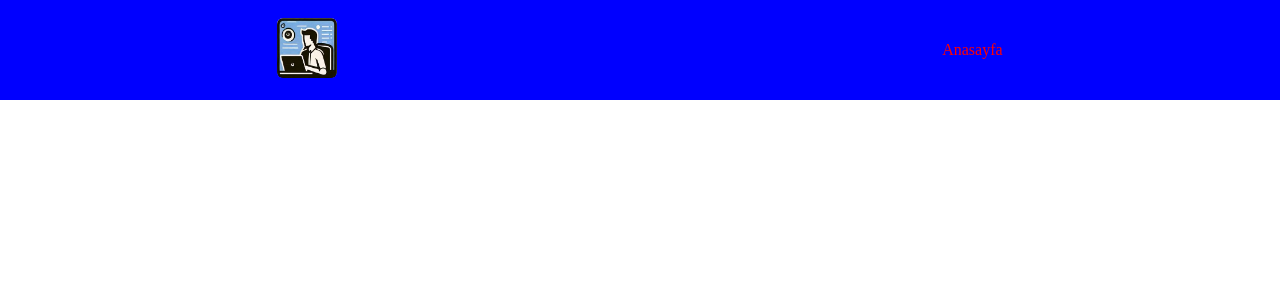
Repository: 0hasandemirtas/react-odev
Page: /
The author's editor kept a copy of each file at every save. The page is drawn from the files as they stood at one save, then again after the next save.
The browser window is 1280 px wide. The pictures show the whole page.
The project was rebuilt for these pictures with package versions that can differ from the ones it lists, and the page was loaded fresh each time.

Above is the page before, as saved 2024-06-13 13:13:35.

After the next save:
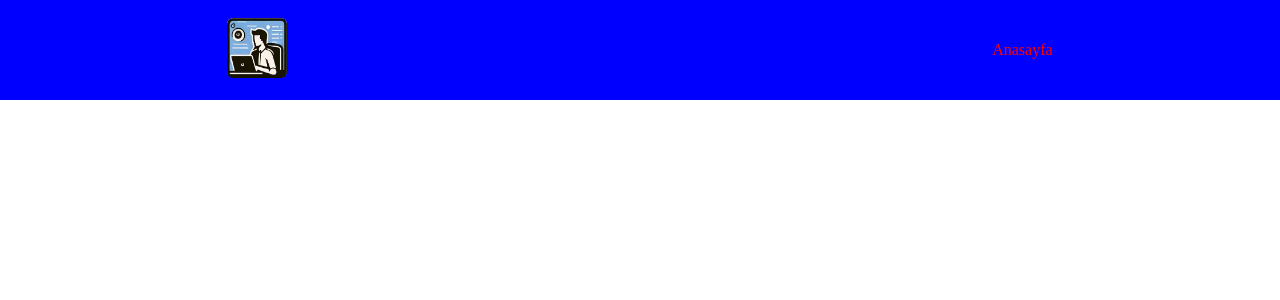
Saved 5 s later.
--- a/src/components/header/stylesheet.js
+++ b/src/components/header/stylesheet.js
@@ -18,7 +18,7 @@ const useStyles = createUseStyles({
         width:"100%"
     },
     logo:{
-        marginRight:"50px",
+        marginRight:"250px",
         width:"60px",
         height:"60px",
         borderRadius:"6px"
